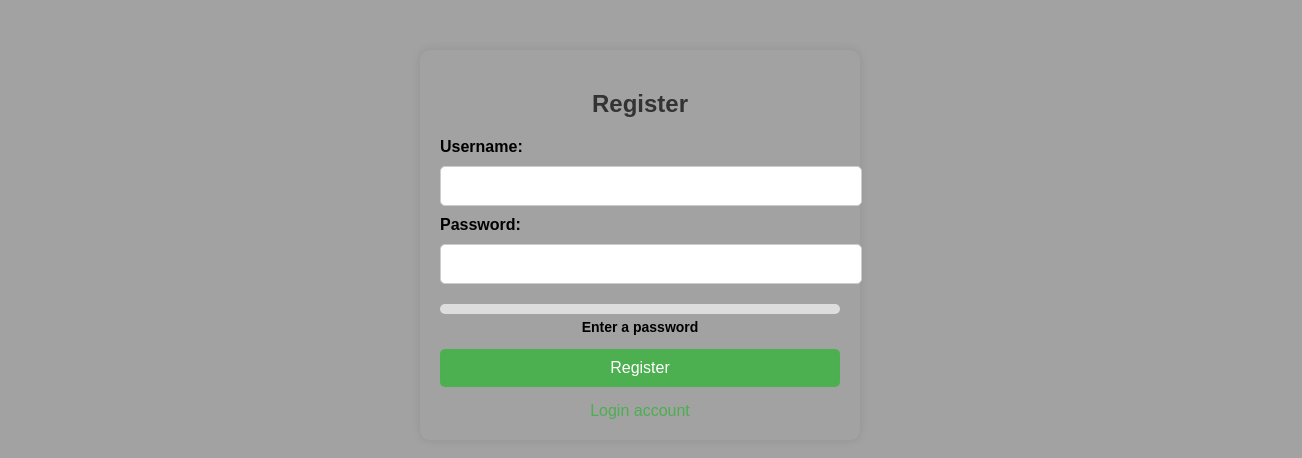
Repository: wolvicjohn/argon2
Page: http://localhost/register.php
The author's editor kept a copy of each file at every save. The page is drawn from the files as they stood at one save, then again after the next save.
The browser window is 1280 px wide. The page is 1280 px wide, then 1302 px, so the pictures cover 1302 px, including what lies to the right of the window. The pictures show the whole page.
The page is run by PHP 8.4 with error messages shown; the project is at /var/www/html/.

Above is the page before, as saved 2024-10-18 01:44:05.

After the next save:
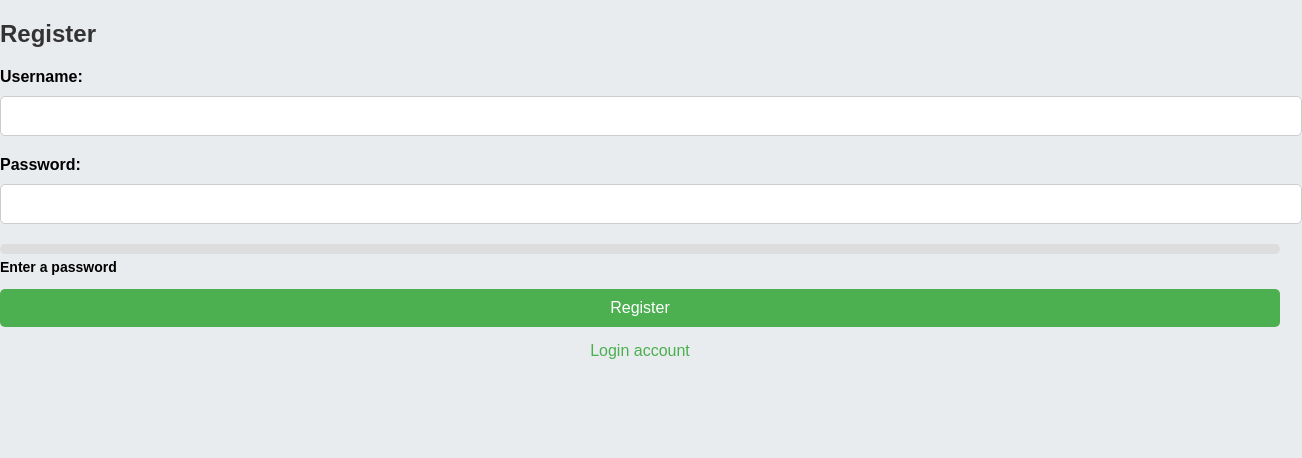
Saved 42 s later.
--- a/styles.css
+++ b/styles.css
@@ -1,21 +1,35 @@
 body {
     font-family: Arial, sans-serif;
-    margin: 50px auto;
-    padding: 20px;
-    max-width: 400px;
-    background-color: #a2a2a2;
+    background-color: #e9ecef; /* Light background for contrast */
+    margin: 0;
+    padding: 0;
+}
+
+.container {
+    display: flex;
+    justify-content: center;
+    align-items: center;
+    min-height: 100vh; /* Full viewport height */
+}
+
+.registration-box {
+    background-color: #ffffff; /* White background for the box */
     border-radius: 10px;
-    box-shadow: 0 0 10px rgba(0, 0, 0, 0.1);
+    box-shadow: 0 2px 10px rgba(0, 0, 0, 0.1); /* Shadow for depth */
+    padding: 30px; /* Inner padding */
+    width: 100%;
+    max-width: 400px; /* Max width for the box */
+    text-align: center; /* Center text */
 }
 
 h2 {
-    text-align: center;
     color: #333;
 }
 
 label {
     font-weight: bold;
     margin-top: 10px;
+    display: block; /* Block display for labels */
 }
 
 input {
@@ -30,7 +44,7 @@ input {
 button {
     padding: 10px 20px;
     cursor: pointer;
-    background-color: #4CAF50;
+    background-color: #4CAF50; /* Green background */
     color: white;
     border: none;
     border-radius: 5px;
@@ -40,7 +54,7 @@ button {
 }
 
 button:hover {
-    background-color: #45a049;
+    background-color: #45a049; /* Darker green on hover */
 }
 
 .password-strength {
@@ -74,7 +88,6 @@ button:hover {
     margin-top: 5px;
     font-size: 14px;
     font-weight: bold;
-    text-align: center;
 }
 
 a {
